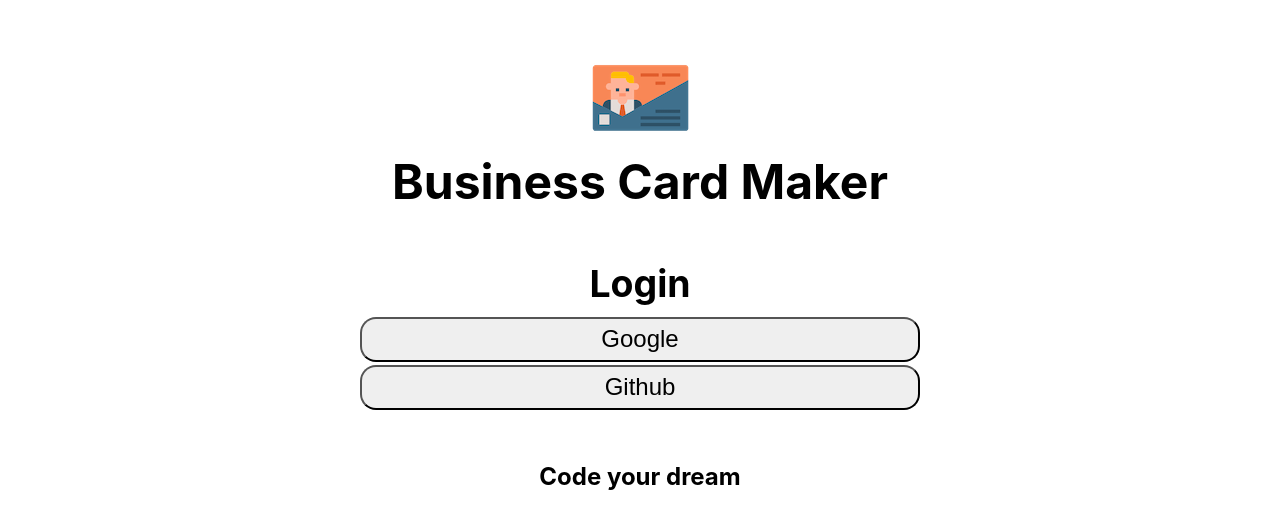
Repository: gomgomigom/firebase_practice_card_maker
Page: /
These files come from the project's save history. The page is drawn as it stood at one moment and after the next save; the edit follows.
The browser window is 1280 px wide. The pictures show the whole page.
The project was rebuilt for these pictures with package versions that can differ from the ones it lists, and the page was loaded fresh each time. Some packages were replaced by stand-ins written for this rebuild. Settings that the repository does not hold, such as keys and server addresses, were given made-up values.

Above is the page before, as saved 2022-01-21 14:03:27.

### public/index.html
<!DOCTYPE html>
<html lang="en">
  <head>
    <meta charset="utf-8" />
    <link rel="icon" href="./images/logo.png" />
    <meta name="viewport" content="width=device-width, initial-scale=1" />
    <meta name="theme-color" content="#000000" />
    <meta
      name="description"
      content="Web site created using create-react-app"
    />
    <title>Card-Maker</title>
  </head>
  <body>
    <noscript>You need to enable JavaScript to run this app.</noscript>
    <div id="root"></div>
  </body>
</html>

### src/index.js
import React from 'react';
import ReactDOM from 'react-dom';
import './index.module.css';
import App from './app';
import AuthService from './service/auth_service';

const authService = new AuthService();
ReactDOM.render(
  <React.StrictMode>
    <App authService={authService} />
  </React.StrictMode>,
  document.getElementById('root')
);

### src/app.js
import './app.css';
import Login from './components/login/login';

function App({ authService }) {
  return (
    <h1>
      <Login authService={authService} />
    </h1>
  );
}

export default App;

### src/service/auth_service.js
import firebase from 'firebase';
import firebaseApp from './firebase';

class AuthService {
  login(providerName) {
    const authProvider = new firebase.auth[`${providerName}AuthProvider`]();
    return firebaseApp.auth().signInWithPopup(authProvider);
  }
}
export default AuthService;

### src/components/login/login.jsx
import React from 'react';
import Footer from '../footer/footer';
import Header from '../header/header';
import styles from './login.module.css';

const Login = ({ authService }) => {
  const onLogin = (event) => {
    authService //
      .login(event.currentTarget.textContent)
      .then(console.log);
  };

  return (
    <section className={styles.login}>
      <Header />
      <section className={styles.loginList}>
        <h1 className={styles.title}>Login</h1>
        <ul>
          <li>
            <button className={styles.button} onClick={onLogin}>
              Google
            </button>
          </li>
          <li>
            <button className={styles.button} onClick={onLogin}>
              Github
            </button>
          </li>
        </ul>
      </section>
      <Footer />
    </section>
  );
};

export default Login;

### src/service/firebase.js
import firebase from 'firebase';

const firebaseConfig = {
  apiKey: process.env.REACT_APP_FIREBASE_API_KEY,
  authDomain: process.env.REACT_APP_FIREBASE_AUTH_DOMAIN,
  projectId: process.env.REACT_APP_FIREBASE_PROJECT_ID,
  storageBucket: process.env.REACT_APP_FIREBASE_STORAGE_BUCKET,
};

const firebaseApp = firebase.initializeApp(firebaseConfig);

export default firebaseApp;

### src/components/footer/footer.jsx
import React from 'react';
import styles from './footer.module.css';

const Footer = (props) => {
  return (
    <footer className={styles.footer}>
      <h1 className={styles.title}>Code your dream</h1>
    </footer>
  );
};
export default Footer;

### src/components/header/header.jsx
import React from 'react';
import styles from './header.module.css';

const Header = ({ onLogout }) => {
  return (
    <header className={styles.header}>
      {onLogout && (
        <button className={styles.button} onClick={onLogout}>
          Logout
        </button>
      )}
      <img className={styles.logo} src='/images/logo.png' alt='logo' />
      <h1 className={styles.title}>Business Card Maker</h1>
    </header>
  );
};

export default Header;

### src/components/login/login.module.css
@value makerGrey from '../../common/colors.css';
@value makerWhite from '../../common/colors.css';
@value makerGreen from '../../common/colors.css';

.login {
  display: flex;
  flex-direction: column;
  align-items: center;
  justify-content: center;
  background-color: makerGrey;
  padding: 2rem;
}

.loginList {
  width: 40rem;
  height: 14rem;
  flex-direction: column;
  display: flex;
  align-items: center;
  justify-content: center;
  background-color: makerWhite;
}

li {
  list-style: none;
}

ul {
  margin: 0;
  padding: 0;
}

.title {
  margin: 0.5rem;
}

.button {
  display: block;
  border: 2px solid makerGreen;
  border-radius: 1rem;
  width: 35rem;
  font-size: 1.5rem;
  padding: 0.4rem;
  margin: 0.2rem;
}

### src/components/footer/footer.module.css
@value makerGreen from '../../common/colors.css';
@value makerWhite from '../../common/colors.css';

.footer {
  height: 4rem;
  width: 40rem;
  display: flex;
  align-items: center;
  justify-content: center;
  background-color: makerGreen;
}

.title {
  font-size: 1.5rem;
  color: makerWhite;
}

### src/components/header/header.module.css
@value makerBlack from '../../common/colors.css';
@value makerGreen from '../../common/colors.css';
@value makerWhite from '../../common/colors.css';
@value makerWheat from '../../common/colors.css';

.header {
  width: 40rem;
  display: flex;
  flex-wrap: wrap;
  flex-direction: column;
  justify-content: center;
  align-items: center;
  font-size: 2rem;
  background-color: makerGreen;
}

.logo {
  margin: 0.6rem;
}

.title {
  color: makerWhite;
  margin: 0.6rem;
}

Loaded but not shown: src/index.module.css (common file); src/app.css (common file)

After the next save:
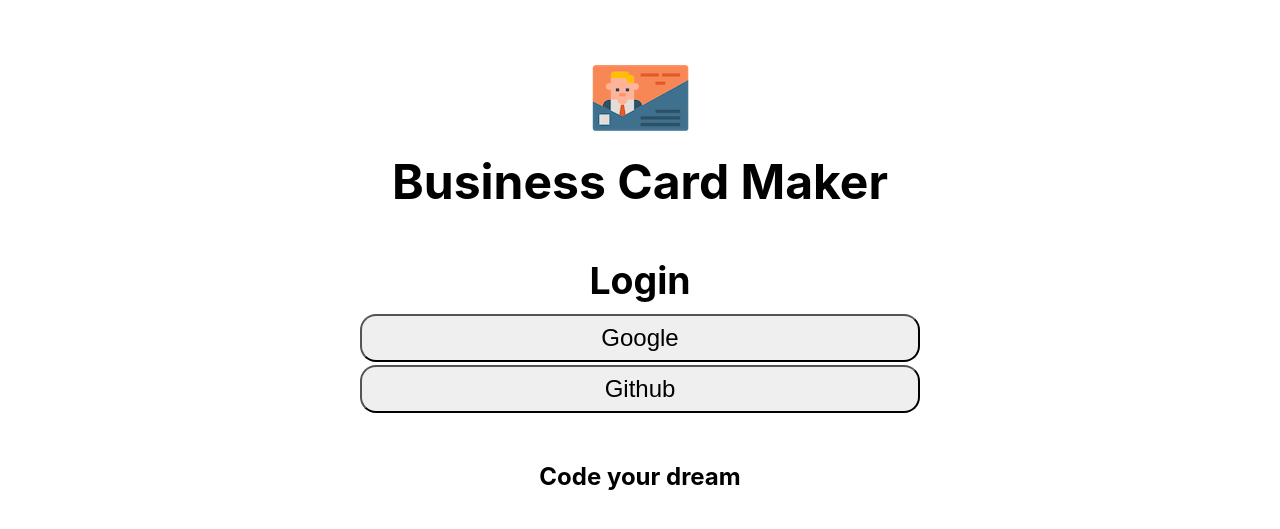
Saved 33 s later.
--- a/src/components/login/login.module.css
+++ b/src/components/login/login.module.css
@@ -40,6 +40,6 @@ ul {
   border-radius: 1rem;
   width: 35rem;
   font-size: 1.5rem;
-  padding: 0.4rem;
+  padding: 0.5rem;
   margin: 0.2rem;
 }
